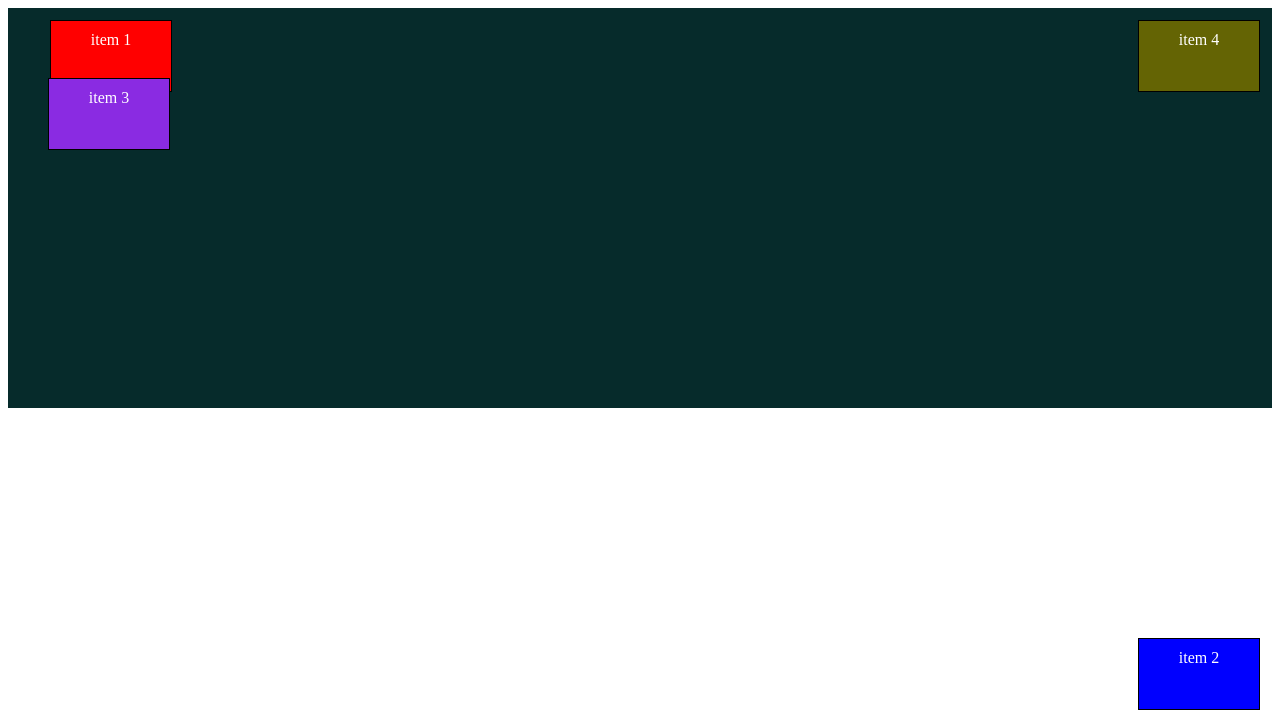
Repository: nmaury/TpsCambodge
Page: InternetProgramming/Css/sample.html
These files come from the project's save history. The page is drawn as it stood at one moment and after the next save; the edit follows.
The browser window is 1280 px wide. The pictures show the whole page.

Above is the page before, as saved 2022-12-06 02:34:49.

### InternetProgramming/Css/sample.html
<!DOCTYPE html>
<html>
<head>
    <link rel="stylesheet" href="sample.css">
</head>
<body>
    <div class="parent">
        <div class="item item1">item 1
        </div>
        <div class="item item2">item 2
        </div>
        <div class="item item3">item 3
        </div>
        <div class="item item4">item 4
        </div>
    </div>
</body>
</html>

### InternetProgramming/Css/sample.css
.item{
    background-color: rgb(100,100,4);
    padding : 10px;
    width: 100px;
    height: 50px;
    color: white;
    text-align: center;
    position: absolute;
    border: 1px solid black;
}
.item1{
    background-color: red;
    left: 50px;
    top: 20px;
}
.item2{
    background-color: blue;
    right: 20px;
    bottom: 10px;
}
.item3{
    background-color: blueviolet;
    position: relative;
    left: 40px;
    top: 70px;
}
.item4{
    position: fixed;
    right: 20px;
    top: 20px;
}
.parent{
    background-color: rgb(6,43,43);
    width: 100%;
    height: 400px;
}

After the next save:
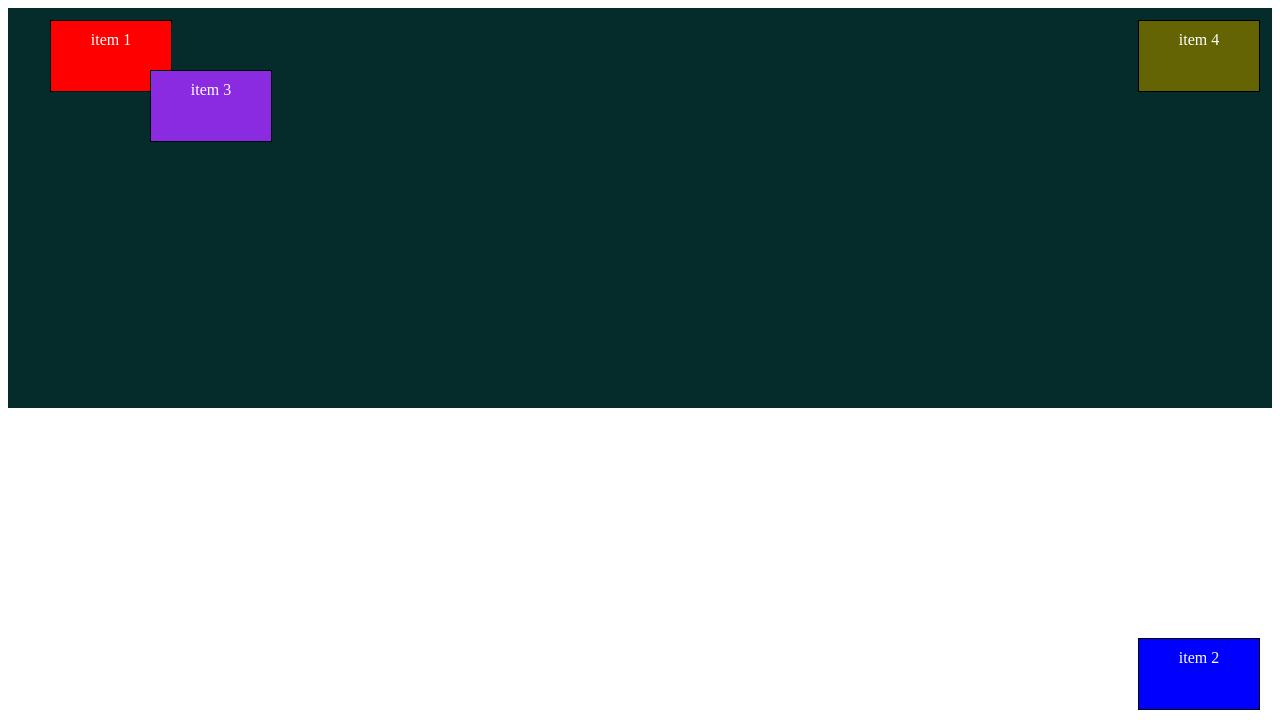
Saved 30 s later.
--- a/InternetProgramming/Css/sample.css
+++ b/InternetProgramming/Css/sample.css
@@ -20,8 +20,7 @@
 }
 .item3{
     background-color: blueviolet;
-    position: relative;
-    left: 40px;
+    left: 150px;
     top: 70px;
 }
 .item4{
